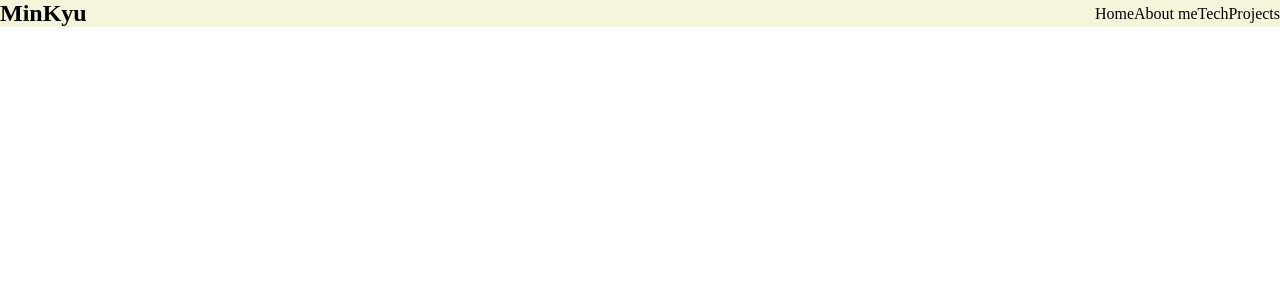
Repository: alsrb0504/portfolio-blog
Page: /
An editor plug-in stored every save of this project. The page is shown before and after the next save, followed by the edit.
The browser window is 1280 px wide. The pictures show the whole page.
The project was rebuilt for these pictures with package versions that can differ from the ones it lists, and the page was loaded fresh each time. Also part of the build but not shown: src/app.module.css.

Above is the page before, as saved 2021-07-12 15:44:43.

### src/index.css
* {
  box-sizing: border-box;
  border: 0;
  margin: 0;
}

### src/app.jsx
import './app.module.css';
import Header from './components/header/header';

function App() {
  return (
    <>
      <Header />
    </>
  );
}

export default App;

### src/components/header/header.jsx
import React from 'react';
import styles from './header.module.css';

const Header = (props) => {


  return(
    <header className={styles.header}>
      <h2 className={styles.title}>MinKyu</h2>
      <ul className={styles.menus}>
        <li className={styles.menu}><span>Home</span></li>
        <li className={styles.menu}><span>About me</span></li>
        <li className={styles.menu}><span>Tech</span></li>
        <li className={styles.menu}><span>Projects</span></li>
      </ul>
    </header>
  )
}

export default Header;

### src/components/header/header.module.css
.header {
  background-color: beige;
  width: 100%;
  display: flex;
  justify-content: space-between;
  align-items: center;
}

.title {
  /* margin: 0; */
}

.menus {
  /* margin: 0; */
  /* padding: 0; */
  display: flex;
}

.menu {
  list-style: none;
}

Loaded but not shown: public/index.html (common file); src/index.js (common file); src/reportWebVitals.js (common file)

After the next save:
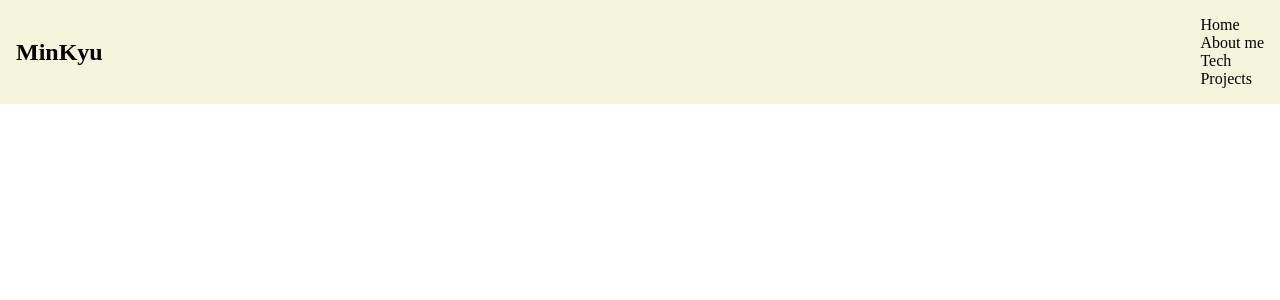
Saved 14 s later.
--- a/src/components/header/header.module.css
+++ b/src/components/header/header.module.css
@@ -1,13 +1,15 @@
 .header {
   background-color: beige;
   width: 100%;
+  padding: 1rem;
   display: flex;
   justify-content: space-between;
   align-items: center;
 }
 
 .title {
-  /* margin: 0; */
+  /* margin: 0; *
+  /
 }
 
 .menus {
